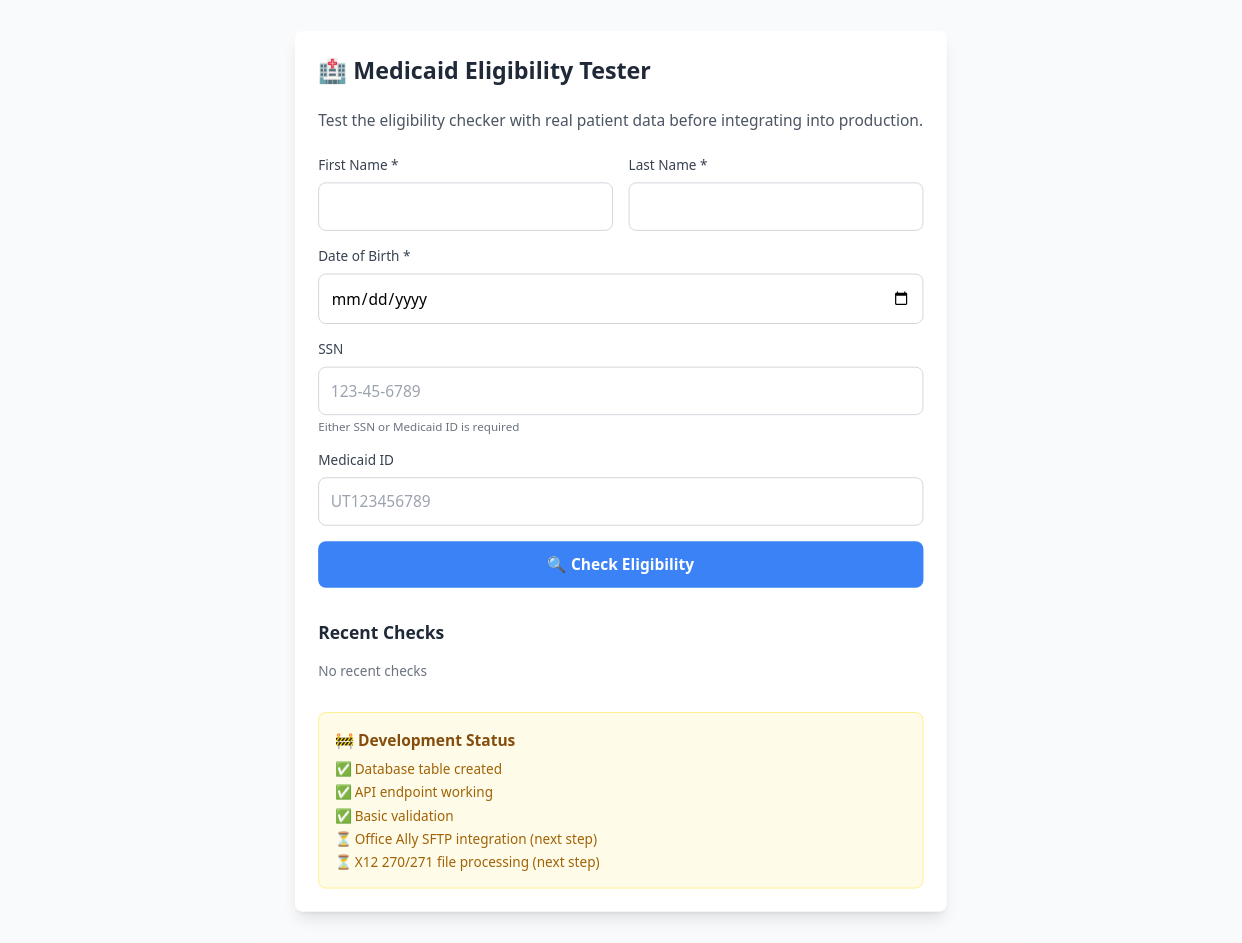
Repository: moonlitpsych/medicaid-eligibility-checker
Page: eligibility-test.html
The author's editor kept a copy of each file at every save. The page is drawn from the files as they stood at one save, then again after the next save.
The browser window is 1280 px wide. The pictures show the whole page, at 97% of full size.
Some web libraries are served in a nearby version.

Above is the page before, as saved 2025-07-22 18:27:14.

After the next save:
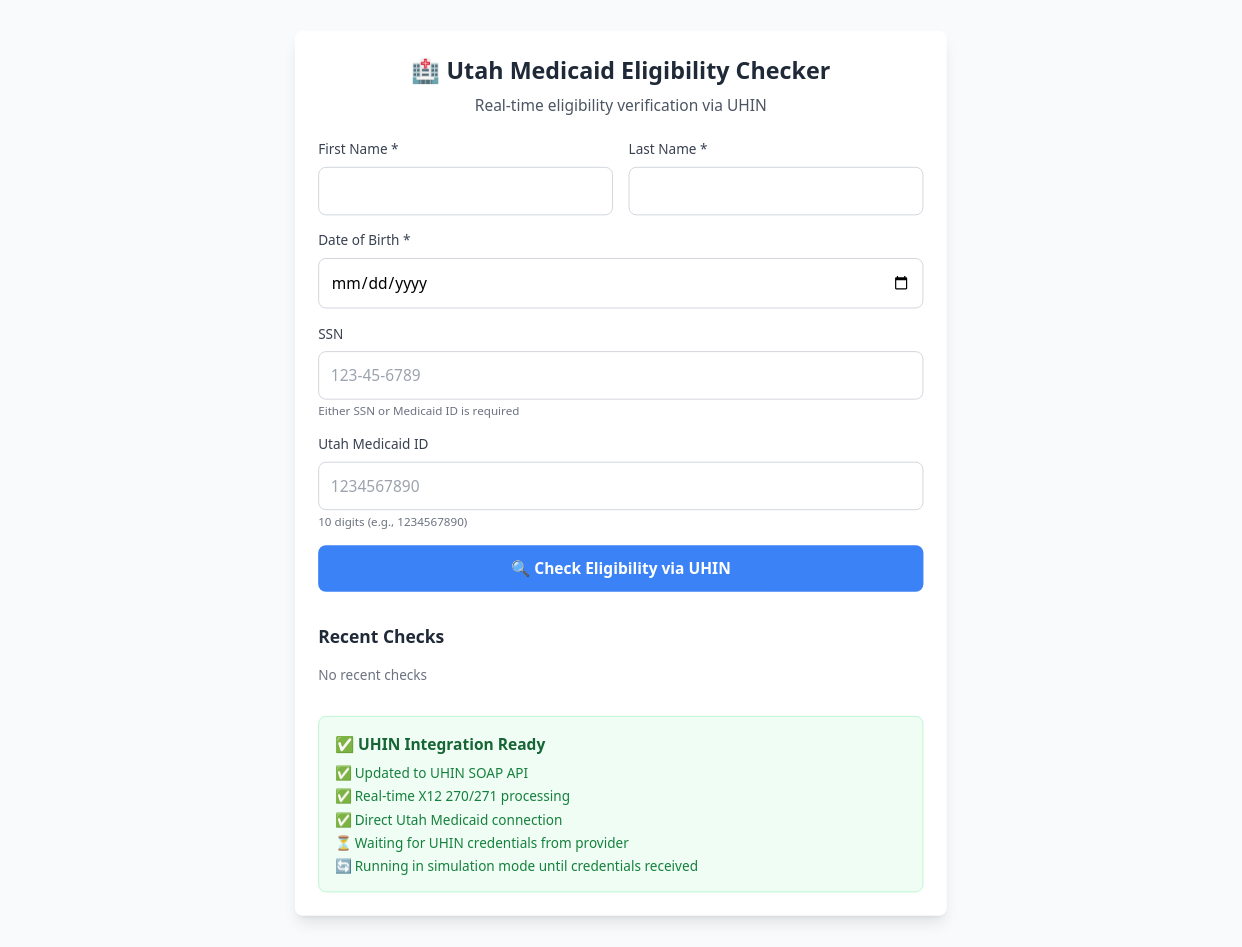
Saved 95 s later.
--- a/eligibility-test.html
+++ b/eligibility-test.html
@@ -4,16 +4,17 @@
 <head>
     <meta charset="UTF-8">
     <meta name="viewport" content="width=device-width, initial-scale=1.0">
-    <title>Medicaid Eligibility Tester</title>
+    <title>UHIN Medicaid Eligibility Tester</title>
     <script src="https://cdn.tailwindcss.com"></script>
 </head>
 
 <body class="bg-gray-50 p-8">
     <div class="max-w-2xl mx-auto">
         <div class="bg-white rounded-lg shadow-lg p-6">
-            <h1 class="text-2xl font-bold text-gray-800 mb-6">🏥 Medicaid Eligibility Tester</h1>
-            <p class="text-gray-600 mb-6">Test the eligibility checker with real patient data before integrating into
-                production.</p>
+            <div class="text-center mb-6">
+                <h1 class="text-2xl font-bold text-gray-800 mb-2">🏥 Utah Medicaid Eligibility Checker</h1>
+                <p class="text-gray-600">Real-time eligibility verification via UHIN</p>
+            </div>
 
             <form id="eligibilityForm" class="space-y-4">
                 <div class="grid grid-cols-2 gap-4">
@@ -43,24 +44,24 @@
                 </div>
 
                 <div>
-                    <label class="block text-sm font-medium text-gray-700 mb-2">Medicaid ID</label>
-                    <input type="text" id="medicaidId" placeholder="UT123456789"
+                    <label class="block text-sm font-medium text-gray-700 mb-2">Utah Medicaid ID</label>
+                    <input type="text" id="medicaidId" placeholder="1234567890"
                         class="w-full p-3 border border-gray-300 rounded-lg focus:ring-2 focus:ring-blue-500">
+                    <p class="text-xs text-gray-500 mt-1">10 digits (e.g., 1234567890)</p>
                 </div>
 
                 <button type="submit" id="checkButton"
                     class="w-full bg-blue-500 text-white py-3 px-6 rounded-lg font-semibold hover:bg-blue-600 transition-colors">
-                    🔍 Check Eligibility
+                    🔍 Check Eligibility via UHIN
                 </button>
             </form>
 
             <div id="loadingState" class="hidden mt-6 text-center">
                 <div class="inline-flex items-center space-x-2">
                     <div class="animate-spin w-5 h-5 border-2 border-blue-500 border-t-transparent rounded-full"></div>
-                    <span class="text-gray-600">Checking eligibility...</span>
-                </div>
-                <p class="text-sm text-gray-500 mt-2">This is currently simulated - will be replaced with Office Ally
-                    integration</p>
+                    <span class="text-gray-600">Checking with Utah Medicaid via UHIN...</span>
+                </div>
+                <p class="text-sm text-gray-500 mt-2">Real-time processing (typically 2-5 seconds)</p>
             </div>
 
             <div id="results" class="hidden mt-6"></div>
@@ -70,15 +71,15 @@
                 <div id="historyList" class="space-y-2"></div>
             </div>
 
-            <!-- Development Notes -->
-            <div class="mt-8 p-4 bg-yellow-50 border border-yellow-200 rounded-lg">
-                <h4 class="font-semibold text-yellow-800 mb-2">🚧 Development Status</h4>
-                <ul class="text-sm text-yellow-700 space-y-1">
-                    <li>✅ Database table created</li>
-                    <li>✅ API endpoint working</li>
-                    <li>✅ Basic validation</li>
-                    <li>⏳ Office Ally SFTP integration (next step)</li>
-                    <li>⏳ X12 270/271 file processing (next step)</li>
+            <!-- Updated Status -->
+            <div class="mt-8 p-4 bg-green-50 border border-green-200 rounded-lg">
+                <h4 class="font-semibold text-green-800 mb-2">✅ UHIN Integration Ready</h4>
+                <ul class="text-sm text-green-700 space-y-1">
+                    <li>✅ Updated to UHIN SOAP API</li>
+                    <li>✅ Real-time X12 270/271 processing</li>
+                    <li>✅ Direct Utah Medicaid connection</li>
+                    <li>⏳ Waiting for UHIN credentials from provider</li>
+                    <li>🔄 Running in simulation mode until credentials received</li>
                 </ul>
             </div>
         </div>
@@ -96,7 +97,7 @@
 
             // Show loading state
             button.disabled = true;
-            button.textContent = 'Checking...';
+            button.textContent = 'Checking via UHIN...';
             loading.classList.remove('hidden');
             results.classList.add('hidden');
 
@@ -140,13 +141,14 @@
             } finally {
                 // Reset UI
                 button.disabled = false;
-                button.textContent = '🔍 Check Eligibility';
+                button.textContent = '🔍 Check Eligibility via UHIN';
                 loading.classList.add('hidden');
             }
         });
 
         function displayResult(data) {
             const results = document.getElementById('results');
+            const isSimulation = !data.verified;
 
             if (data.enrolled) {
                 results.innerHTML = `
@@ -155,9 +157,10 @@
                             <span class="text-green-600 text-xl">✅</span>
                             <div>
                                 <h3 class="font-semibold text-green-800">ENROLLED</h3>
-                                <p class="text-sm text-green-600">${data.program || 'Medicaid coverage verified'}</p>
+                                <p class="text-sm text-green-600">${data.program || 'Utah Medicaid coverage verified'}</p>
                                 ${data.details ? `<p class="text-xs text-green-600 mt-1">${data.details}</p>` : ''}
                                 ${data.effectiveDate ? `<p class="text-xs text-green-600">Effective: ${data.effectiveDate}</p>` : ''}
+                                ${isSimulation ? '<p class="text-xs text-orange-600 mt-1">⚠️ Simulation mode - not real data</p>' : ''}
                             </div>
                         </div>
                     </div>
@@ -170,7 +173,7 @@
                             <div>
                                 <h3 class="font-semibold text-red-800">NOT ENROLLED</h3>
                                 <p class="text-sm text-red-600">${data.error || 'No active Medicaid coverage found'}</p>
-                                ${!data.verified ? '<p class="text-xs text-red-500 mt-1">System error - manual verification required</p>' : ''}
+                                ${!data.verified ? '<p class="text-xs text-orange-600 mt-1">⚠️ Simulation mode - not real data</p>' : ''}
                             </div>
                         </div>
                     </div>
